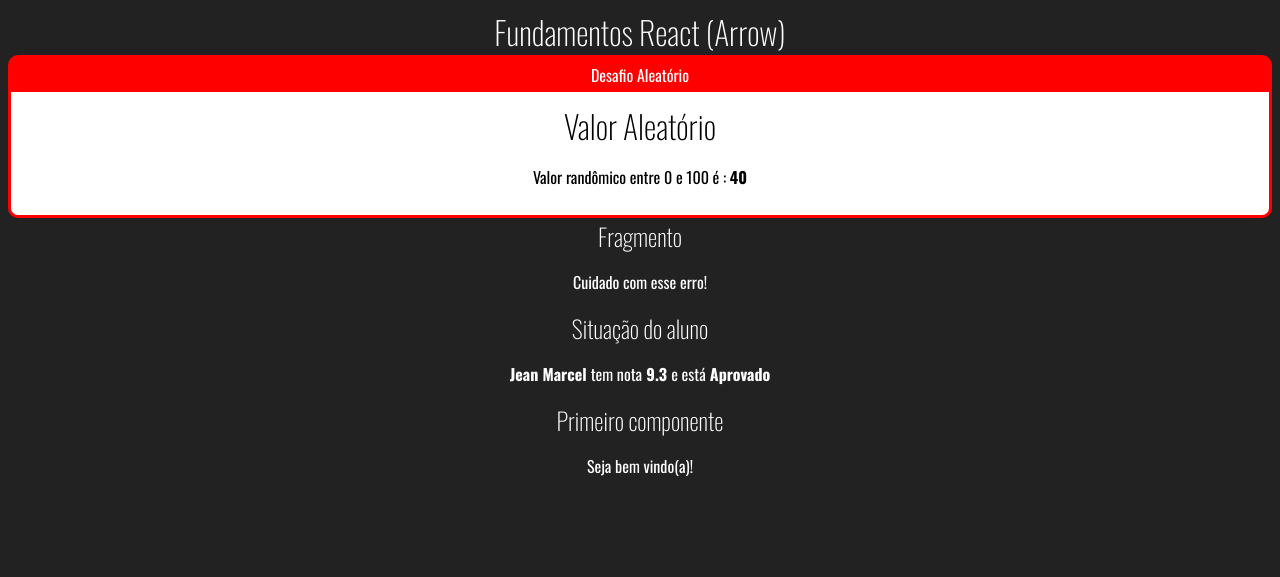
Repository: jean-siqueira/fundamentos-react
Page: /
The author's editor kept a copy of each file at every save. The page is drawn from the files as they stood at one save, then again after the next save.
The browser window is 1280 px wide. The pictures show the whole page.
The project was rebuilt for these pictures with package versions that can differ from the ones it lists, and the page was loaded fresh each time.

Above is the page before, as saved 2023-03-04 12:12:19.

After the next save:
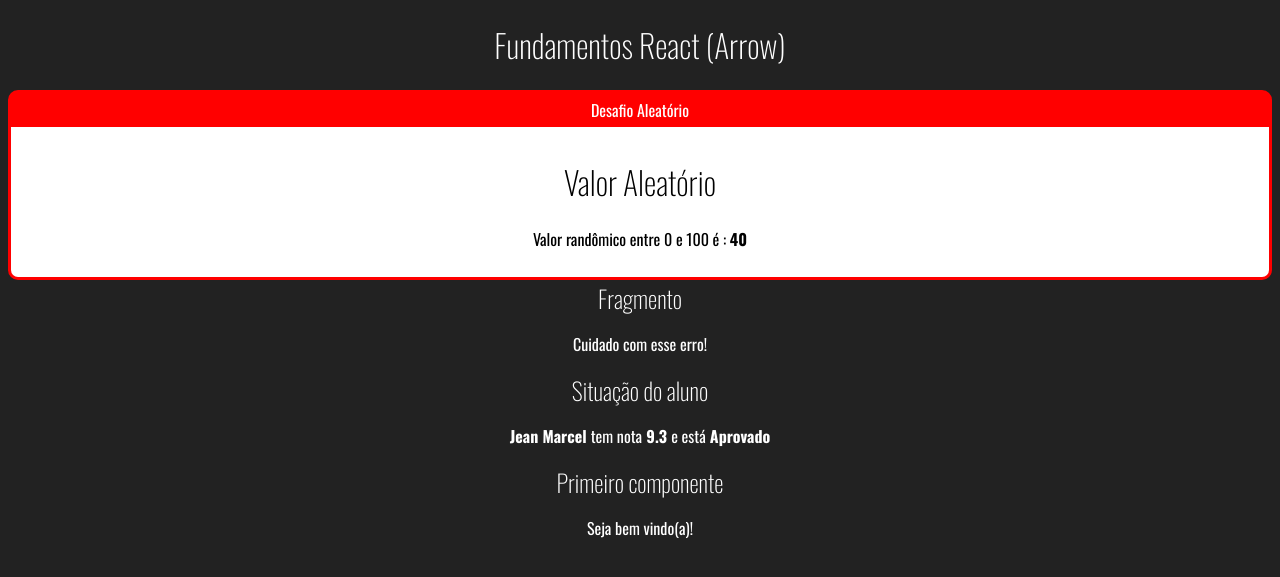
Saved 7 s later.
--- a/src/index.css
+++ b/src/index.css
@@ -7,7 +7,6 @@ body {
 
 h1, h2, h3 {
     font-weight: 200;
-    margin: 0;
 }
 
 h2, h3 {
